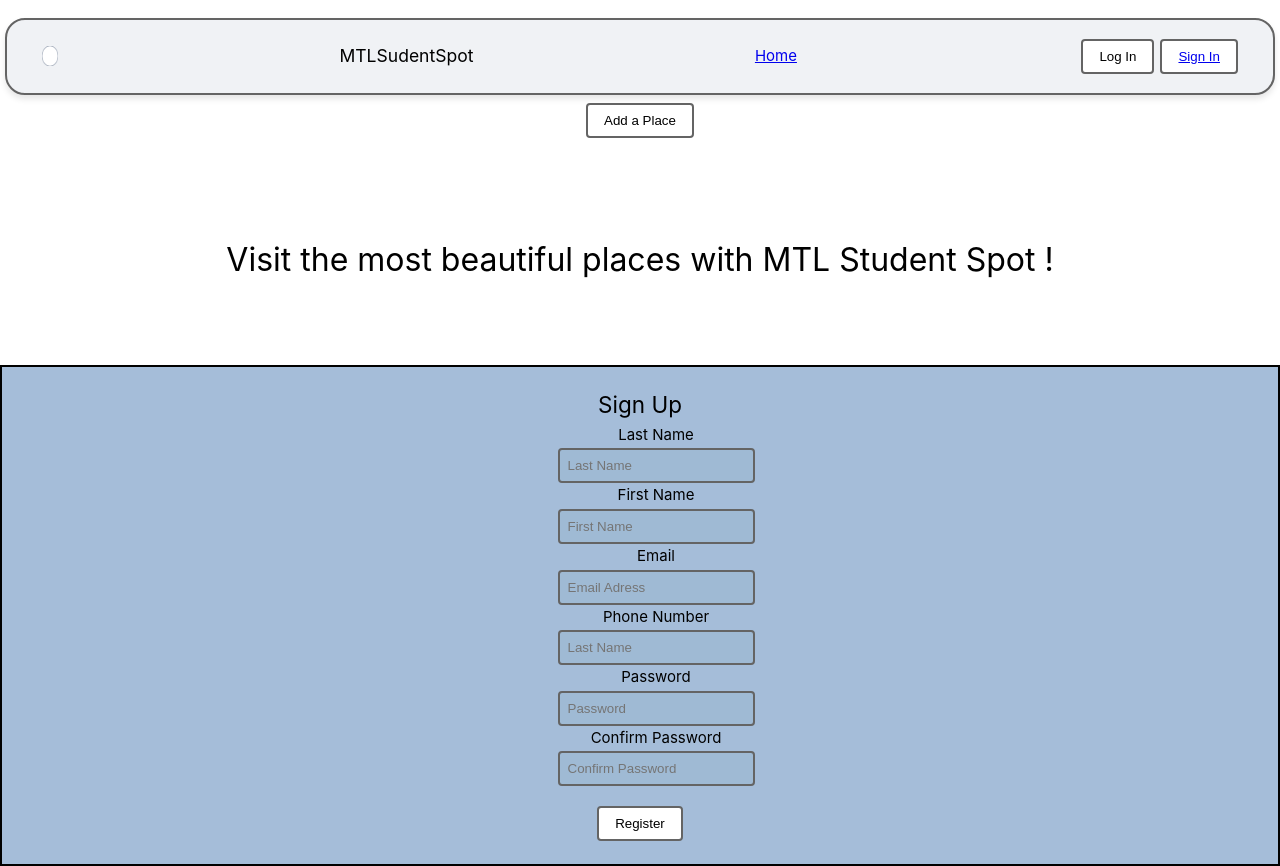
Repository: KevMn6ix/MOD8-2232-GRA-Damois-Leroi--Morant-Munto
Page: /register (app in client/)
These files come from the project's save history. The page is drawn as it stood at one moment and after the next save; the edit follows.
The browser window is 1280 px wide. The pictures show the whole page.
The project was rebuilt for these pictures with package versions that can differ from the ones it lists, and the page was loaded fresh each time. Also part of the build but not shown: client/vite.config.js, client/src/components/HelloWorld.vue, client/src/components/Login.vue, client/src/views/LoginPage.vue, client/src/components/RowLandingPage.vue, client/src/components/PlaceItem.vue, client/src/components/PlaceList.vue.

Above is the page before, as saved 2023-10-18 15:09:46.

### client/index.html
<!DOCTYPE html>
<html lang="en">
  <head>
    <meta charset="UTF-8">
    <link rel="icon" href="/favicon.ico">
    <link href="https://cdnjs.cloudflare.com/ajax/libs/font-awesome/5.15.3/css/all.min.css" rel="stylesheet">

    <meta name="viewport" content="width=device-width, initial-scale=1.0">
    <title>Vite App</title>
  </head>
  <body>
    <div id="app"></div>
    <script type="module" src="/src/main.js"></script>
  </body>
</html>

### client/src/assets/main.css
@import './base.css';
/*
#app {
  max-width: 1280px;
  margin: 0 auto;
  padding: 2rem;

  font-weight: normal;
}

a,
.green {
  text-decoration: none;
  color: hsla(160, 100%, 37%, 1);
  transition: 0.4s;
}

@media (hover: hover) {
  a:hover {
    background-color: hsla(160, 100%, 37%, 0.2);
  }
}

@media (min-width: 1024px) {
  body {
    display: flex;
    place-items: center;
  }

  #app {
    display: grid;
    grid-template-columns: 1fr 1fr;
    padding: 0 2rem;
  }
}
*/
@media (prefers-color-scheme: dark) {
  button {
    color:black;
  }
  input {
    color: white;
    background-color: black;
  }
}

### client/src/App.vue
<script setup>
import { RouterLink, RouterView } from 'vue-router'
import HelloWorld from './components/HelloWorld.vue'
</script>

<template >
  <RouterView />

</template>

<style scoped>
template {
  display: flex;
  flex-direction: column;
}

header {
  line-height: 1.5;
  max-height: 100vh;
}

.logo {
  display: block;
  margin: 0 auto 2rem;
}

nav {
  width: 100%;
  font-size: 12px;
  text-align: center;
  margin-top: 2rem;
}

nav a.router-link-exact-active {
  color: var(--color-text);
}

nav a.router-link-exact-active:hover {
  background-color: transparent;
}

nav a {
  display: inline-block;
  padding: 0 1rem;
  border-left: 1px solid var(--color-border);
}

nav a:first-of-type {
  border: 0;
}

@media (min-width: 1024px) {
  header {
    display: flex;
    place-items: center;
    padding-right: calc(var(--section-gap) / 2);
  }

  .logo {
    margin: 0 2rem 0 0;
  }

  header .wrapper {
    display: flex;
    place-items: flex-start;
    flex-wrap: wrap;
  }

  nav {
    text-align: left;
    margin-left: -1rem;
    font-size: 1rem;

    padding: 1rem 0;
    margin-top: 1rem;
  }
}
</style>

### client/src/router/index.js
import { createRouter, createWebHistory } from 'vue-router'
import HomeView from '../views/HomeView.vue'

const router = createRouter({
  history: createWebHistory(import.meta.env.BASE_URL),
  routes: [
    {
      path: '/',
      name: 'home',
      component: HomeView
    },
    {
      path: '/about',
      name: 'about',
      // route level code-splitting
      // this generates a separate chunk (About.[hash].js) for this route
      // which is lazy-loaded when the route is visited.
      component: () => import('../views/AboutView.vue')
    },
    {
      path: '/login',
      name: 'login',

      component: () => import('../views/LoginPage.vue')
    },
    {
      path: '/register',
      name:'register',

      component: () => import('../views/RegisterPage.vue')
    },
    {
      path: '/places/:types',
      name: 'PlacesList',

      component: () => import('../views/PlaceListView.vue')
    },
    {
      path: '/places/review/:id',
      name : 'review',

      component: () => import('../views/PlaceReview.vue')
    },
    {

      path: '/places/:types/:id',
      name: 'PlacePage',

      component: () => import('../views/PlacesPage.vue')

    },
    {
      path: '/places/add',
      name: 'AddPlace',

      component: () => import('../views/AddPageView.vue')
    }
  ]
})

export default router

### client/src/views/HomeView.vue
<script setup>
import { ref } from 'vue'
import NavBar from '../components/NavBar.vue';
import RowLandingPage from '../components/RowLandingPage.vue';
import PlaceList from '../components/PlaceList.vue';
import { RouterLink} from 'vue-router'
import UsePlaceService from '../../server/services/places-service.js';
const userInput = ref('');
const placeService = UsePlaceService();
console.log(placeService.findPlaces())
const tempListPlace = placeService.findPlace()
console.log(tempListPlace)
</script>

<template>
  <header>
    <NavBar @user-input="(termInputed) => {userInput = termInputed;}"/>
  </header>

  <main id="home-body">
    <div v-if="userInput === ''">
    <h1>
      Visit the most beautiful places with MTL<br>Student Spot !
    </h1>
    <ul id="browse">
      <li id="travel"><RouterLink :to="{name : 'PlacesList', params : {types: 'travel'}}"><RowLandingPage textId="travel" textTitle="Travel"/></RouterLink></li>
      <li id="restaurant"><RouterLink :to="{name : 'PlacesList', params : {types: 'restaurants'}}"><RowLandingPage textId="restaurant" textTitle="Restaurant"/></RouterLink></li>
      <li id="activity"><RouterLink :to="{name : 'PlacesList', params : {types: 'activities'}}"><RowLandingPage textId="activity" textTitle="Activity"/></RouterLink></li>
  </ul>
  </div>
  <div v-else id="research">
    <PlaceList :searchTerms="userInput" :placeArray="placeService.findPlaces()"/>
  </div>
  </main>
  <footer>
    <a href="#" aria-label="SoundCloud">
        <i class="footer-icon">🎵</i>  <!-- Emoji used as placeholder for your icons -->
    </a>
    <a href="#" aria-label="Twitter">
        <i class="footer-icon">🐦</i>  <!-- Emoji used as placeholder for your icons -->
    </a>
    <a href="#" aria-label="YouTube">
        <i class="footer-icon">▶️</i>  <!-- Emoji used as placeholder for your icons -->
    </a>
    <a href="#" aria-label="Instagram">
        <i class="footer-icon">📷</i>  <!-- Emoji used as placeholder for your icons -->
    </a>
    <a href="#" aria-label="Facebook">
        <i class="footer-icon">📘</i>  <!-- Emoji used as placeholder for your icons -->
    </a>
  </footer>

</template>
<style scoped>
body, html {
    font-family: Arial, sans-serif;
    margin: 0;
    padding: 0;
}

:root {
    --color-background-header: #9fbad4;
    --color-background-default: #9fbad4;
    --color-background-travel: #a2c4ec;
    --color-background-activity: #9EB3CB;
    --text-color-default: #FFF;
    --border-color-place: #FFF;

}

/* Dark Mode Variables */
@media (prefers-color-scheme: dark) {
    :root {
        --color-background-header: #9fbad4;  /* Adjusted for contrast in dark mode */
        --text-color-default: #FFF;
        --border-color-place: #000;
        /* The blue shades remain the same as you wanted */
    }
}

/* Header styles */
header {
    display: flex;
    justify-content: space-between;
    align-items: center;
    padding: 1rem 2rem;
    background-color: var(--color-background-header);
    color: var(--text-color-default);
    box-shadow: 0 4px 6px rgba(0, 0, 0, 0.1);
    border-bottom: 2px solid rgba(0, 0, 0, 0.1);
}

header > div:last-child {
    display: flex;
    gap: 1rem;

    a, button {
        padding: 0.5rem 1rem;
        border-radius: 0.25rem;
        transition: background-color 0.3s ease;
        text-decoration: none;
    }

    button {
        background-color: var(--color-background-travel);
        color: #FFF;
        border: none;
        cursor: pointer;
    }

    a {
        color: var(--text-color-default);
    }

    button:hover, a:hover {
        background-color: #7faedc;
    }
}

/* Main content styles */
main {

    background-color: var(--color-background-default);
    text-align: center;
    padding: 2rem 0;
    color: var(--text-color-default);
}

#home-body {

    background-image: url('../assets/montrealbynight.jpg');
    background-size: 1520px;
    background-repeat: repeat;
    background-position: 30%;
    position: relative;
    z-index: 1;
}

#home-body::before {
    content: '';
    display: block;
    position: absolute;
    top: 0;
    right: 0;
    bottom: 0;
    left: 0;
    background-color: rgba(2, 7, 16, 0.84);
    z-index: -1;
}

h1 {
    font-size: 2.5rem;
    margin-bottom: 2rem;
    color: white;
}

ul#browse {
    list-style: none;
    padding: 0;
    display: flex;
    flex-direction: column;
    margin: 0;
}

ul#browse li {
  padding: 0;
  margin: 0px;
  border: 8px solid #fff;
  border-right: 4px solid #fff;
  border-left: 4px solid #fff;
  border-bottom: 0px;
  transition: background-color 0.3s ease;
  background-color: rgba(2, 7, 16, 0.84);
  height: 350px;
  background-size: cover;
  display: flex;
  justify-content: center;
  align-items: center;
  font-weight: bold;

}

ul#browse li#activity{

    border-bottom: 8px solid #fff;

}

@media (prefers-color-scheme: dark){

    ul#browse li{

        border: 8px solid #5c5a5a;
        border-right: 4px solid #5c5a5a;
        border-left: 4px solid #5c5a5a;

    }

    ul#browse li#activity{

        border-bottom: 8px solid #5c5a5a;

    }

}

ul#browse li > * {
    color: black;
    font-weight: bold;
    width: 100%;
    text-align: center;
}

#travel > *{
    text-align: left;
}

#restaurant > *{
    text-align: right;
}


#restaurant, #travel, #activity {
    background-size: cover;
    position: relative;
}

#restaurant::before, #travel::before, #activity::before {

    content: "";
    position: absolute;
    top: 0;
    right: 0;
    bottom: 0;
    left: 0;
    background-color: inherit;
    opacity: 0.40;
    pointer-events: none;
}


#restaurant {
    background-image: url('../assets/restaurant.jpg');
    background-color: var(--color-background-default);
    background-position: center;
    justify-content: flex-end;
}

#travel {
    background-image: url('../assets/travel.jpg');
    background-color: var(--color-background-travel);
    background-position: center;
    justify-content: flex-start;
}

#activity {
    background-image: url('../assets/jetski.jpg');
    background-color: var(--color-background-activity);
    background-position: center;
    justify-content: flex-start;

}

/* Add hover effects */
ul#browse li:hover {
    background-color: rgba(0, 0, 0, 0.1);
}

/* Footer styles */
footer {
  z-index: 1000;
    display: flex;
    justify-content: space-around;
    align-items: center;
    bottom: 0;

    left: 0;
    width: 100%;
    background-color: #1a1a1a;
    padding: 10px 0;
}

.footer-icon {
    font-size: 24px;
    color: white;
    transition: 0.3s;
}

footer a:hover .footer-icon {
    color: #A5BDD9;
}

/* Media Queries for screen size */
@media screen and (max-width: 768px) {  /* For tablets */
    header {
        flex-direction: column;
    }

    ul#browse {
        gap: 0.5rem;
    }

    footer {
        flex-wrap: wrap;
    }
}

@media screen and (max-width: 480px) {  /* For mobile phones */
    header > div {
        flex-direction: column;
        gap: 0.5rem;
    }

    h1 {
        font-size: 2rem;
    }

    ul#browse li {
        padding: 0.5rem 0;
    }

    footer {
        flex-direction: column;
    }
}
</style>

### client/src/views/RegisterPage.vue
<script setup>
import Register from '../components/Register.vue'
</script>

<template>
    <Register />
</template>

<style>
</style>

### client/src/components/NavBar.vue
<script setup>
import { ref } from 'vue'
import LoginPage from '../views/LoginPage.vue'
import TheSubHeader from './TheSubHeader.vue';
const emit = defineEmits(['user-input'])
const UserInput = ref('')
function sendUserInput() {
    console.log(UserInput.value)
    emit('user-input', UserInput.value)
}
</script>
/** This component is hte bar at the top of the screen */
<template>
    <nav id="head-bar">
        <img src="../assets/logoMTL.png">
        <h3>
            MTLSudentSpot
        </h3>
        <input type="text" v-model="UserInput" @input="sendUserInput">
        <div>
        <router-link to='/login'>
        <button>
            Log In
        </button>
        </router-link>
        <router-link to="/register">
        <button>
            Sign In
        </button>
        </router-link>
    </div>
    </nav>
    <div id="sub-header">
    <TheSubHeader/></div>
</template>
<style>

:root{

    --color-navbar: #f0f2f5;
    --text-navbar-color-default: #000;
    --color-input: #9fbad4;
    --button-border: #646464;
    --color-button: #fff;
    --button-hover: #7faedc;
}

@media (prefers-color-scheme: dark){

    :root{

        --text-navbar-color-default: #FFF;
        --color-navbar: #211f1f;
        --color-input: #312e2e;
        --button-border: #646464;
        --color-button: #312e2e;
        --button-hover: #646464;

    }

}

nav {
    display: flex;
    justify-content: space-between;
    align-items: center;
    background-color: var(--color-navbar);
    padding: 1rem 2rem;
    box-shadow: 0 4px 6px rgba(0, 0, 0, 0.1);
    border-bottom: 2px solid rgba(0, 0, 0, 0.1);
    border-radius: 20px;
    border: 2px solid var(--button-border);
    margin: 5px;
}

button {
    background-color: var(--color-button);
    color: var(--text-navbar-color-default);
    border: none;
    padding: 0.5rem 1rem;
    border-radius: 0.25rem;
    cursor: pointer;
    transition: background-color 0.3s ease;
    margin: 3px;
    border: 2px solid var(--button-border);
}

button:hover {
    background-color: var(--button-hover);
}

button:visited {
    color: white; /* Set the text color to yellow when the button is active (clicked) */
}

img {
    height: 20px;
    width: 16px;
}

input {
    flex-grow: 3;
    padding: 0.5rem;
    border: none;
    border-radius: 0.25rem;
    background-color: var(--color-input);
    color: var(--text-navbar-color-default);
    border: 2px solid var(--button-border);
    margin: 0 1rem;
}

#sub-header {
    text-align: center;
}
</style>

### client/src/components/BarOutsideHome.vue
<script setup>
import { ref } from 'vue'
import LoginPage from '../views/LoginPage.vue'
import { RouterLink } from 'vue-router';
import TheSubHeader from './TheSubHeader.vue';
const emit = defineEmits(['user-input'])
const UserInput = ref('')
function sendUserInput() {
    console.log(UserInput.value)
    emit('user-input', UserInput.value)
}
</script>
/** This component is the bar at the top of the screen */
<template>
    <nav id="head-bar">
        <img src="../assets/logoMTL.png">
        <h3>
            MTLSudentSpot
        </h3>
        <RouterLink to="/">
            Home
        </RouterLink>
        <div>
        <router-link to='/login'>
        <button>
            Log In
        </button>
        </router-link>
        <button>
            <router-link to="/register">Sign In</router-link>
        </button>
    </div>
</nav>
<div id="sub-header">
<TheSubHeader/></div>
</template>
<style>
nav {
    display: flex;
    flex-wrap: wrap;
    justify-content: space-around;
    align-items: center;
    padding: 0;
    margin: 0;
    align-items: center;
    flex-grow: 3;
    min-width: 178px;
    gap: 20px;
}
img {
    margin-left: 3px;
    height: 20px;
    width: 16px;
}
input {
    flex-grow: 3;
}
#sub-header {
    text-align: center;
}
</style>

### client/src/components/Register.vue
<script>
import { RouterLink } from 'vue-router';
import BarOutsideHome from './BarOutsideHome.vue';
import AuthentificationService from '@/services/AuthentificationService';

export default{
    name: 'RegisterForm',
    data() {
        return {
            last_name: '',
            first_name: '',
            email: '',
            phone_number: '',
            password: '',
            passwordConfirm: ''
        };
    },
    methods: {
        async register () {
            const response = await AuthentificationService.register({
                last_name: this.lastName,
                first_name: this.firstName,
                email: this.email,
                phone_number: this.phoneNumber,
                password: this.password,
                passwordConfirm: this.passwordConfirm
            })
            console.log(response);
        } ,

        handleSubmit() {
            const userData = {
                lastName: this.lastName,
                firstName: this.firstName,
                email: this.email,
                phoneNumber: this.phoneNumber,
                password: this.password,
                passwordConfirm: this.passwordConfirm
            };
            console.log(userData);
            console.log("Registered");
        }
    },
    components: { RouterLink, BarOutsideHome }
}

</script>

<template>
    <header>
       <BarOutsideHome/>
    </header>
    <div class="page-bg">
    <h1>Visit the most beautiful places with MTL Student Spot !</h1>

    <form @submit.prevent="register" >
        <h2>Sign Up</h2>
        <div class="input-pair">
            <label for="">Last Name</label>
            <input type="text" placeholder="Last Name" v-model="lastName" />
        </div>
        <div class="input-pair">
            <label for="">First Name</label>
            <input type="text" placeholder="First Name" v-model="firstName"/>
        </div>
        <div class="input-pair">
            <label for="">Email</label>
            <input type="email" placeholder="Email Adress" v-model="email"/>
        </div>

        <div class="input-pair">
            <label for="">Phone Number</label>
            <input type="tel" placeholder="Last Name" v-model="phoneNumber"/>
        </div>
        <div class="input-pair">
            <label for="">Password</label>
            <input type="password" placeholder="Password" v-model="password">
        </div>
        <div class="input-pair">
            <label for="">Confirm Password</label>
            <input type="password" placeholder="Confirm Password" v-model="passwordConfirm">
        </div>
        <button class="submit" >Register</button>
    </form>
    </div>
</template>

<style scoped>

* {
    color: black;
    @media (prefers-color-scheme: dark) {
        color: white;

    }
}

header {
    padding-top: 1%;
    padding-bottom: 1%;
  @media (prefers-color-scheme: dark) {
    header {
  background-color: #a2c4ec9d;
}
  }
}



.page-bg{
    background-color: #A5BDD9;
    @media (prefers-color-scheme: dark) {
        background-color: #93ABC775;
    }
}

h1{
    padding: 5rem;
    font-size: 2rem;
    text-align: center;
    background-color: white;
    @media (prefers-color-scheme: dark) {
        background-color: black;
    }
}

h2{
    display: flex;
    justify-content: center;
}

form{

    border: 2px solid black;
    padding : 20px;
    display: flex;
    flex-direction: column;
    justify-content: center;
    /*width: 500px;

    height: 500px;
    display: flex;
    flex-direction: column;
    gap: 1rem;*/
}

.input-pair{
    display: flex;
    flex-direction: column;
    align-items: center;
    padding-left: 2rem;
    gap: 0.1rem;
}

.submit{
    margin-top: 1.2rem;
    margin-left: auto;
    margin-right: auto;
    display: block;
}

</style>

### client/src/components/TheSubHeader.vue
<script setup>
import { RouterLink } from 'vue-router';
</script>
<template>
  <RouterLink to="/places/add">
    <button>
       Add a Place
    </button>
  </RouterLink>
</template>
<style scoped>
:root {
  --light-color-background-restaurant: #A5BDD9;
    --light-color-background-travel: #a2c4ec;
    --light-color-background-activity: #9EB3CB;
    --dark-color-background-restaurant: #a2c4ec9d;
    --dark-color-background-travel: #a5bdd971;
    --dark-color-background-activity: #9eb3cb0e;
    --color-background-restaurant: var(--light-color-background-restaurant);
    --color-background-travel: var(--light-color-background-travel);
    --color-background-activity: var(--light-color-background-activity);
    @media (prefers-color-scheme: dark) {
      --color-background-restaurant: var(--dark-color-background-restaurant);
        --color-background-travel: var(--dark-color-background-travel);
        --color-background-activity: var(--dark-color-background-activity);
    }
}
p {
    min-width: 333px;
    text-align: center;
    size: 50%;
    padding: 0;
    margin: 0;
}
</style>

### client/src/services/AuthentificationService.js
import Api from "./Api"

export default {
    register (creditentials) {
        return Api().post('register', creditentials)
    },

    login(creditentials) {
        return Api().post('login', creditentials)
    }
}

// AuthentificationService.register({
//   email: 'testing@gmail.com',
//   password: '123456'
//  })

Loaded but not shown: client/src/main.js (common file); client/src/assets/base.css (common file); client/src/services/Api.js (common file); client/server/services/places-service.js (137 lines, source omitted)

After the next save:
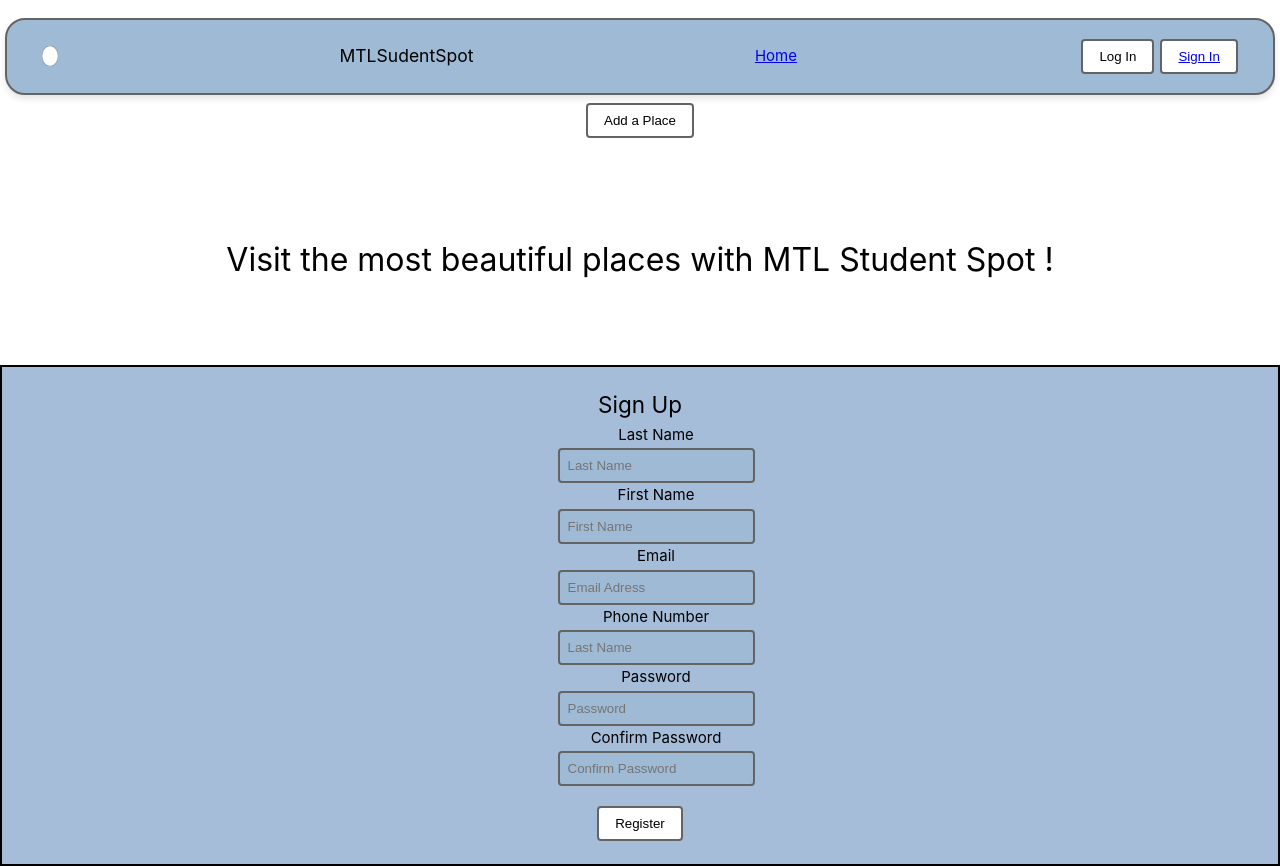
Saved 10 s later.
--- a/client/src/components/NavBar.vue
+++ b/client/src/components/NavBar.vue
@@ -37,7 +37,7 @@ function sendUserInput() {
 
 :root{
 
-    --color-navbar: #f0f2f5;
+    --color-navbar: #9fbad4;
     --text-navbar-color-default: #000;
     --color-input: #9fbad4;
     --button-border: #646464;
